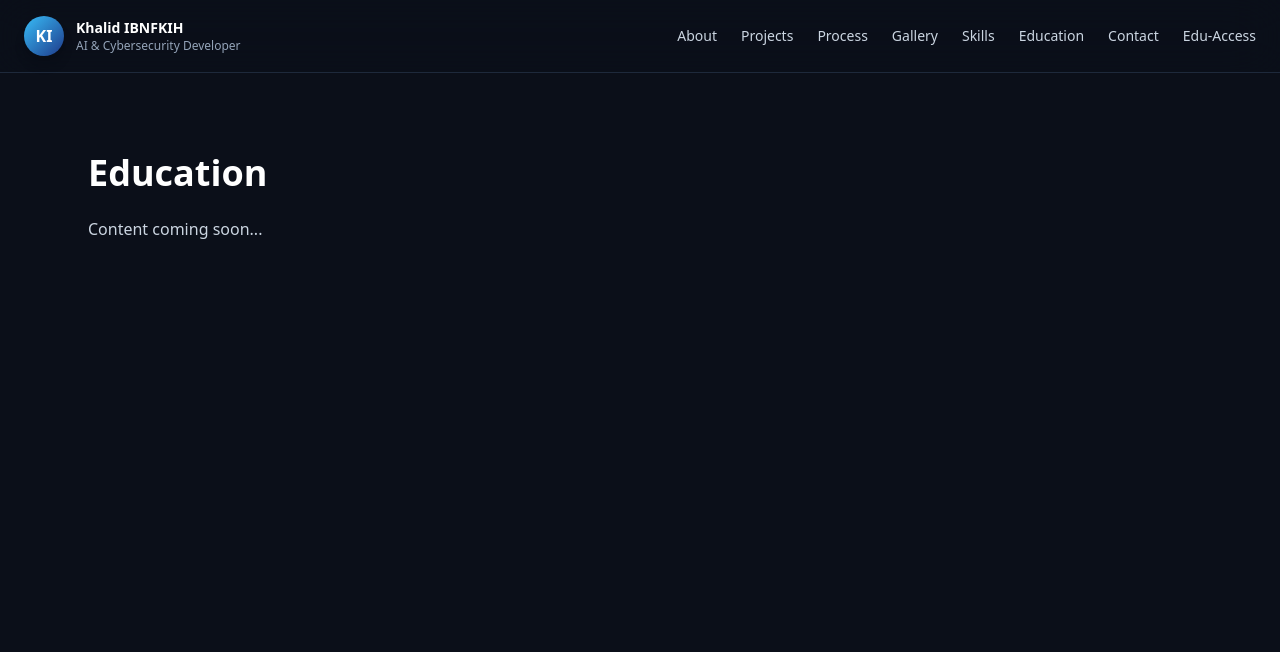
Repository: IBNKHALID06/KhalidAlxPortfolio
Page: /education
The author's editor kept a copy of each file at every save. The page is drawn from the files as they stood at one save, then again after the next save.
The browser window is 1280 px wide. The pictures show the whole page.
The project was rebuilt for these pictures with package versions that can differ from the ones it lists, and the page was loaded fresh each time. Also part of the build but not shown: vite.config.js, src/pages/About.tsx, src/components/ProjectCard.tsx, src/pages/Projects.tsx, src/pages/Process.tsx, src/pages/Gallery.tsx, src/pages/Skills.tsx, src/pages/Contact.tsx and 1 more.

Above is the page before, as saved 2025-11-30 20:13:08.

After the next save:
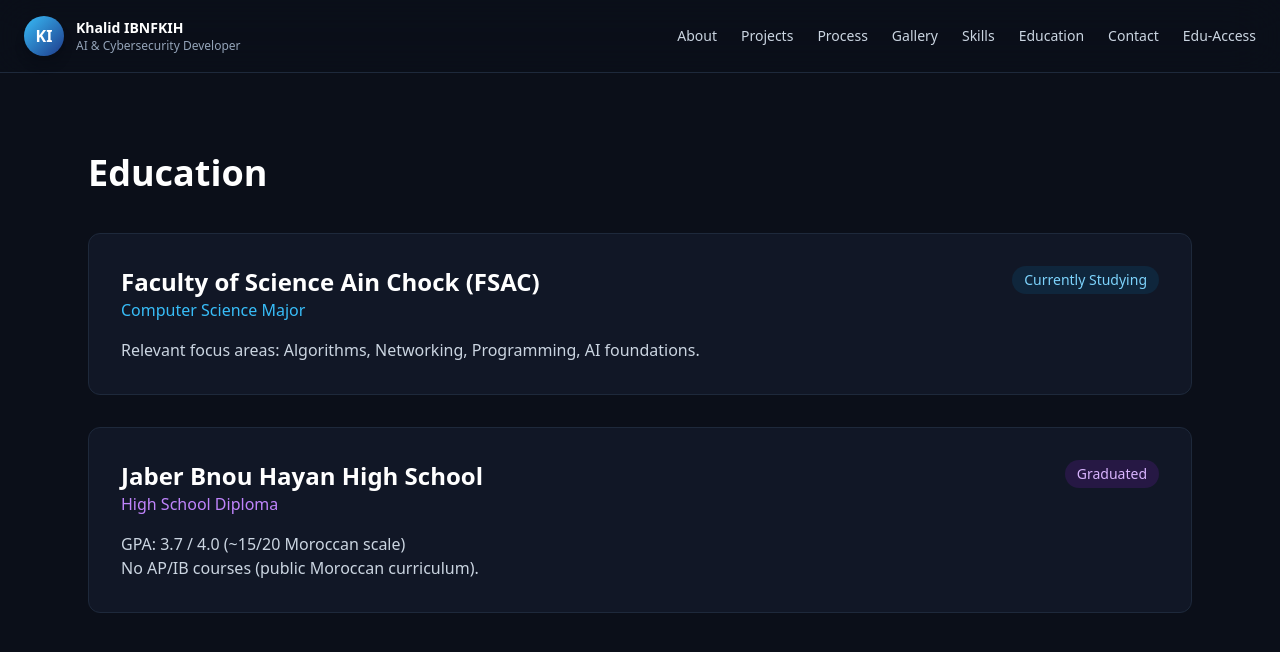
Saved 2 s later.
--- a/src/pages/Education.tsx
+++ b/src/pages/Education.tsx
@@ -3,8 +3,36 @@ import Page from "../components/Page";
 export default function Education() {
   return (
     <Page>
-      <h2 className="text-4xl font-bold mb-6">Education</h2>
-      <p className="text-slate-300">Content coming soon...</p>
+      <h2 className="text-4xl font-bold mb-10">Education</h2>
+
+      <div className="space-y-8">
+        <div className="bg-[#111726] p-8 rounded-xl border border-slate-800">
+          <div className="flex justify-between items-start mb-4">
+            <div>
+              <h3 className="text-2xl font-semibold text-white">Faculty of Science Ain Chock (FSAC)</h3>
+              <p className="text-sky-400">Computer Science Major</p>
+            </div>
+            <span className="px-3 py-1 bg-sky-900/30 text-sky-300 rounded-full text-sm">Currently Studying</span>
+          </div>
+          <p className="text-slate-300">
+            Relevant focus areas: Algorithms, Networking, Programming, AI foundations.
+          </p>
+        </div>
+
+        <div className="bg-[#111726] p-8 rounded-xl border border-slate-800">
+          <div className="flex justify-between items-start mb-4">
+            <div>
+              <h3 className="text-2xl font-semibold text-white">Jaber Bnou Hayan High School</h3>
+              <p className="text-purple-400">High School Diploma</p>
+            </div>
+            <span className="px-3 py-1 bg-purple-900/30 text-purple-300 rounded-full text-sm">Graduated</span>
+          </div>
+          <p className="text-slate-300">
+            GPA: 3.7 / 4.0 (~15/20 Moroccan scale)<br/>
+            No AP/IB courses (public Moroccan curriculum).
+          </p>
+        </div>
+      </div>
     </Page>
   );
 }
